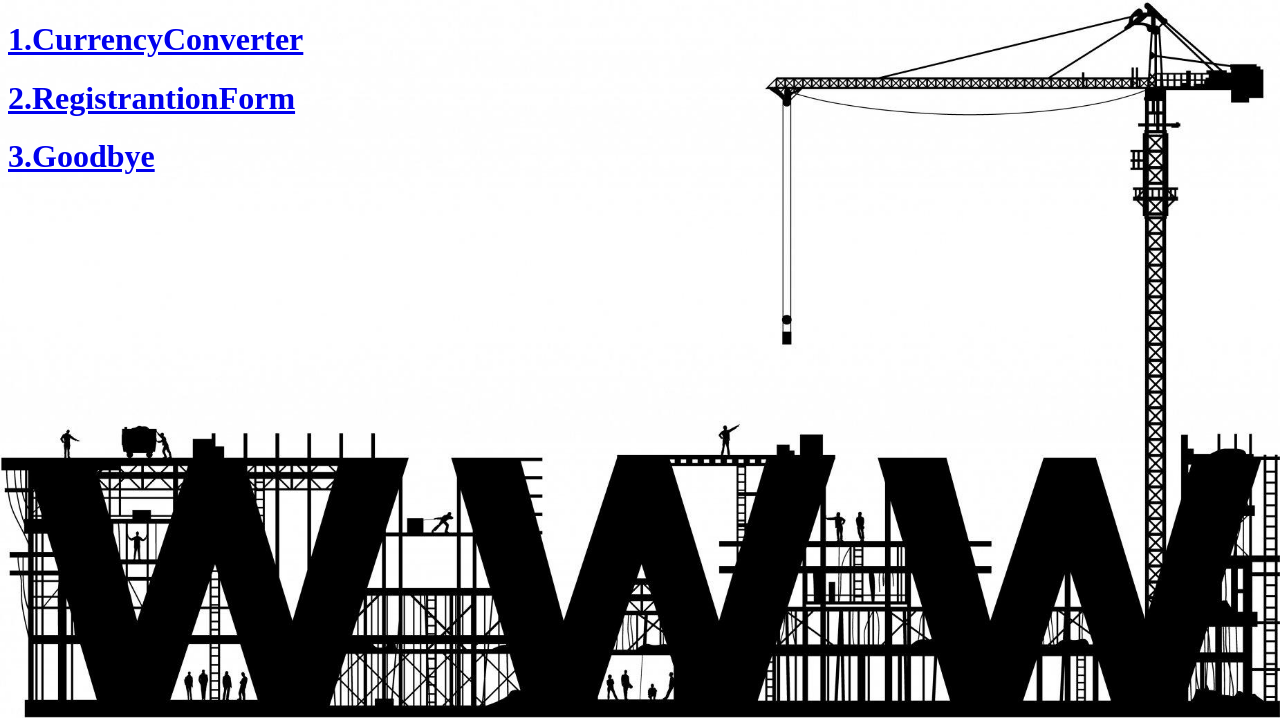
Repository: AJEET006/AdvanceJava-DSA
Page: ADVANCE_JAVA/HW_Example/WebContent/Firstpage.html
The author's editor kept a copy of each file at every save. The page is drawn from the files as they stood at one save, then again after the next save.
The browser window is 1280 px wide. The page is 1288 px wide, so the pictures cover 1288 px, including what lies to the right of the window. The pictures show the whole page.

Above is the page before, as saved 2022-06-22 02:14:29.

After the next save:
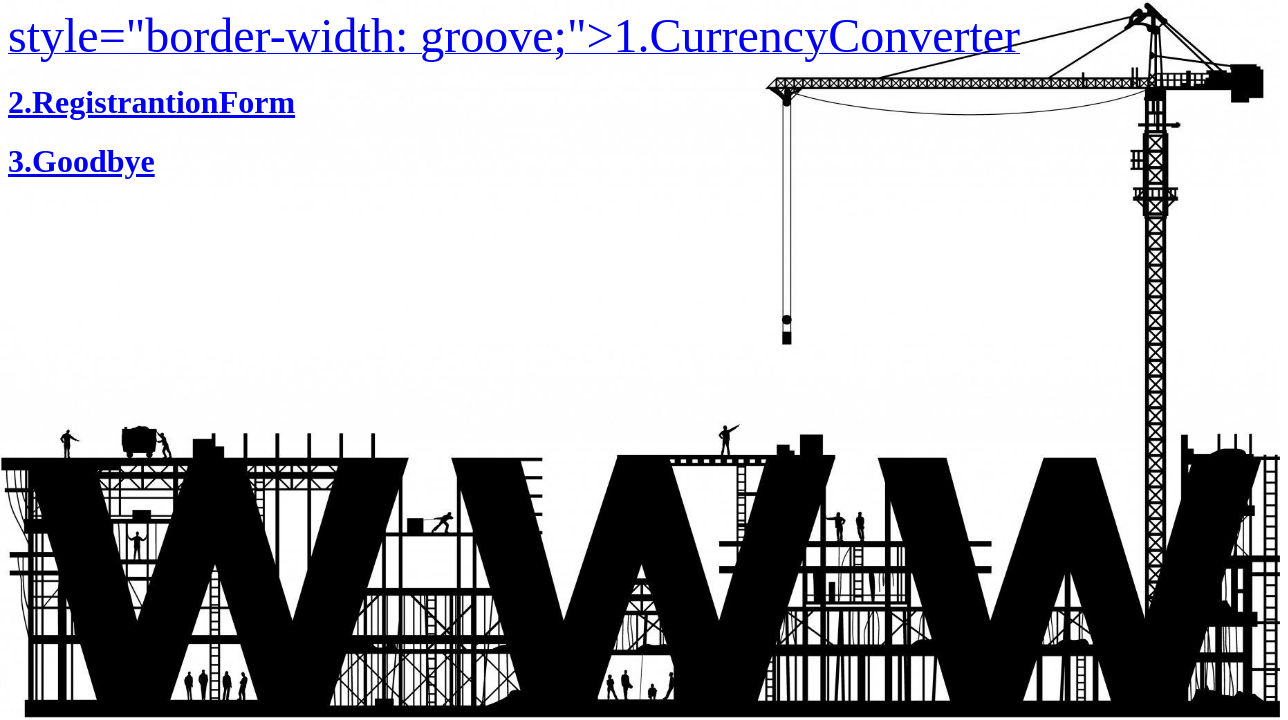
Saved 9 min 33 s later.
--- a/ADVANCE_JAVA/HW_Example/WebContent/Firstpage.html
+++ b/ADVANCE_JAVA/HW_Example/WebContent/Firstpage.html
@@ -9,7 +9,7 @@
 <title>Insert title here</title>
 </head>
 <body>
-	<a href="CurrencyConverter.html"><h1 style="border-width: groove;">1.CurrencyConverter</h1></a>
+	<a href="CurrencyConverter.html"><font size="10"> style="border-width: groove;">1.CurrencyConverter</font></a>
 	<a href="RegistrationForm.html"><h1 style="border-width: medium;">2.RegistrantionForm</h1></a>
 	<a href="GoodBye.html"><h1 style="border-width: medium;">3.Goodbye</h1></a>
 </body>
